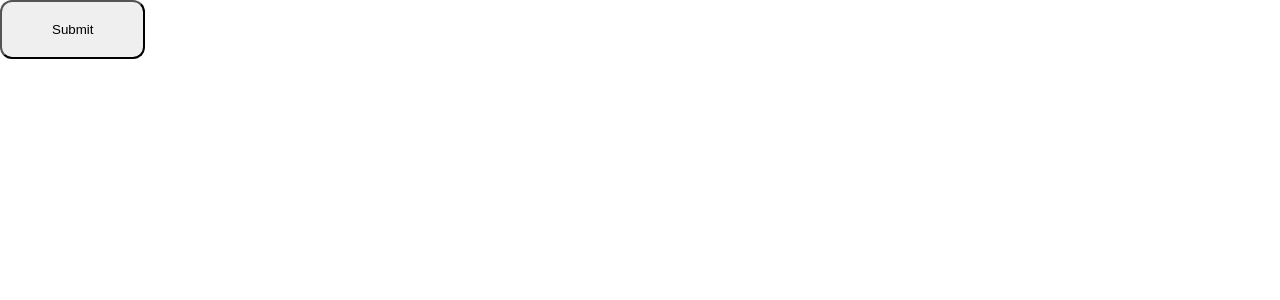
Repository: cakuang1/kanyequotes
Page: /
The author's editor kept a copy of each file at every save. The page is drawn from the files as they stood at one save, then again after the next save.
The browser window is 1280 px wide. The pictures show the whole page.
The page's requests for data from a server got no answer. The project was rebuilt for these pictures with package versions that can differ from the ones it lists, and the page was loaded fresh each time. No one was signed in, and anything a server would have sent is missing.

Above is the page before, as saved 2022-07-17 19:40:32.

After the next save:
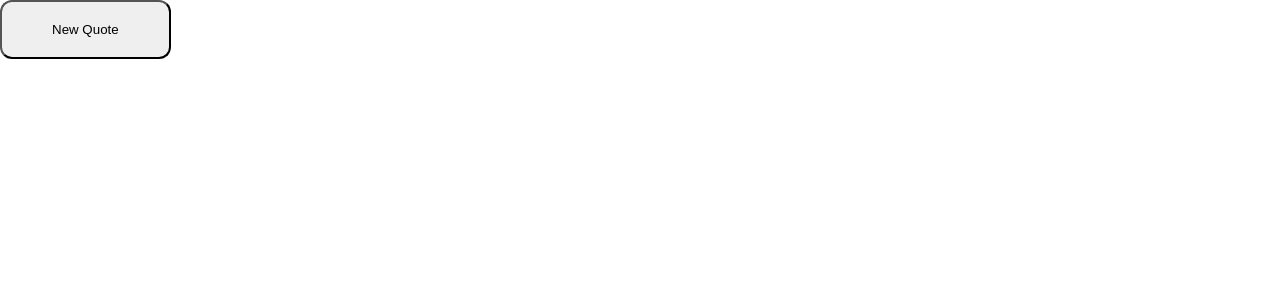
Saved 17 s later.
--- a/src/App.js
+++ b/src/App.js
@@ -25,7 +25,7 @@ function Button() {
 }
   return (
     <form onSubmit={handleSubmit}>
-    <button type="submit">Submit</button>
+    <button type="submit">New Quote</button>
     </form>
 );
 }
